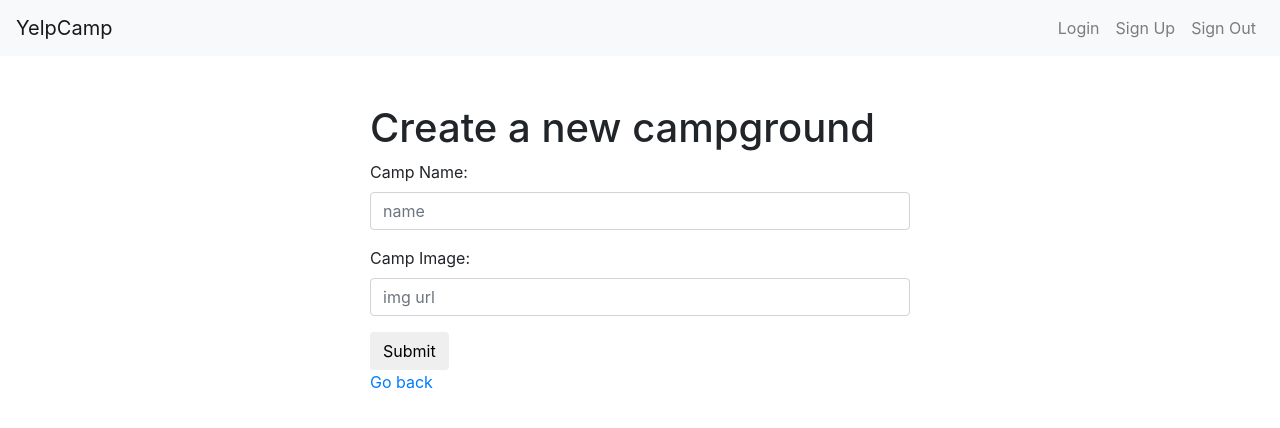
Repository: jbell0385/sandbox
Page: http://localhost/campgrounds/new
The author's editor kept a record of every edit. The page is drawn from the files as they stood at one moment, then again after the next edit.
The browser window is 1280 px wide. The pictures show the whole page.
The page is served by the project's Node server (YelpCamp/v1/app.js).

Above is the page before.

### webdevbootcamp/workspace/YelpCamp/v1/views/new.ejs
<% include partials/header %>

<div class="container">

    <div class="row d-flex flex-row justify-content-center">
        <div class="col-6">
            <h1>Create a new campground</h1>

            <form action="/campgrounds" method="POST">
                <div class="form-group">
                    <label for="campName">Camp Name:</label>
                    <input id="campName" class="form-control" type='text' name="name" placeholder='name'>
                </div>
                <div class="form-group">
                    <label for="campImage">Camp Image:</label>
                    <input id="campImage" class="form-control" type="text" name="image" placeholder="img url">
                </div>
                    <button class="btn btn-default" type="submit" >Submit</button>

            </form>

            <a href="/campgrounds">Go back</a>
        </div>

    </div>


</div>
<% include partials/footer %>

### webdevbootcamp/workspace/YelpCamp/v1/views/partials/header.ejs
<!DOCTYPE html>
<html>
    <head>
        <title>YelpCamp</title>
        <link rel="stylesheet" href="https://maxcdn.bootstrapcdn.com/bootstrap/4.0.0/css/bootstrap.min.css" integrity="sha384-Gn5384xqQ1aoWXA+058RXPxPg6fy4IWvTNh0E263XmFcJlSAwiGgFAW/dAiS6JXm" crossorigin="anonymous">
    </head>
    <body>
    <nav class="navbar navbar-expand-lg navbar-light bg-light mb-5">
      <a class="navbar-brand" href="/">YelpCamp</a>
      <button class="navbar-toggler" type="button" data-toggle="collapse" data-target="#navbarSupportedContent" aria-controls="navbarSupportedContent" aria-expanded="false" aria-label="Toggle navigation">
        <span class="navbar-toggler-icon"></span>
      </button>

      <div class="collapse navbar-collapse" id="navbarSupportedContent">
        <ul class="navbar-nav ml-auto">
          <li class="nav-item">
            <a class="nav-link" href="/">Login</a>
          </li>
          <li class="nav-item">
            <a class="nav-link" href="/">Sign Up</a>
          </li>
          <li class="nav-item">
            <a class="nav-link" href="/">Sign Out</a>
          </li>
      </div>
    </nav>

### webdevbootcamp/workspace/YelpCamp/v1/views/partials/footer.ejs



    </body>
</html>

### webdevbootcamp/workspace/YelpCamp/v1/app.js
var express = require("express");
var app = express();
var bodyParser = require("body-parser");

app.use(bodyParser.urlencoded({extended:true}))
app.set('view engine',"ejs");


var campgrounds = [
        {name:"Salmon Creek", image:"http://haulihuvila.com/wp-content/uploads/2012/09/hauli-huvila-campgrounds-lg.jpg"},
        {name:"Big Bear",image:"http://www.chippewalanding.com/images/sized%20280/campgrounds-campsite.jpg"},
        {name:"Little Bear",image:"https://www.fs.usda.gov/Internet/FSE_MEDIA/stelprdb5306226.jpg"}
    ]

app.get("/",(req,res)=>{
    res.render("landing");
})

app.get("/campgrounds", (req,res)=>{

    res.render("campgrounds",{campgrounds:campgrounds});
})

app.post("/campgrounds", (req,res)=>{
    //get data from form and add to campgrounds array
    var name = req.body.name;
    var image = req.body.image;
    var newCampground = {name:name, image:image};
    campgrounds.push(newCampground);
    //redirect back to campgrounds page
    res.redirect("/campgrounds");
})

app.get("/campgrounds/new",(req,res)=>{
    res.render("new.ejs");
})

app.listen(process.env.PORT, process.env.IP, function(){
    console.log("Yelp Camp Server has started");
})

After the next edit:
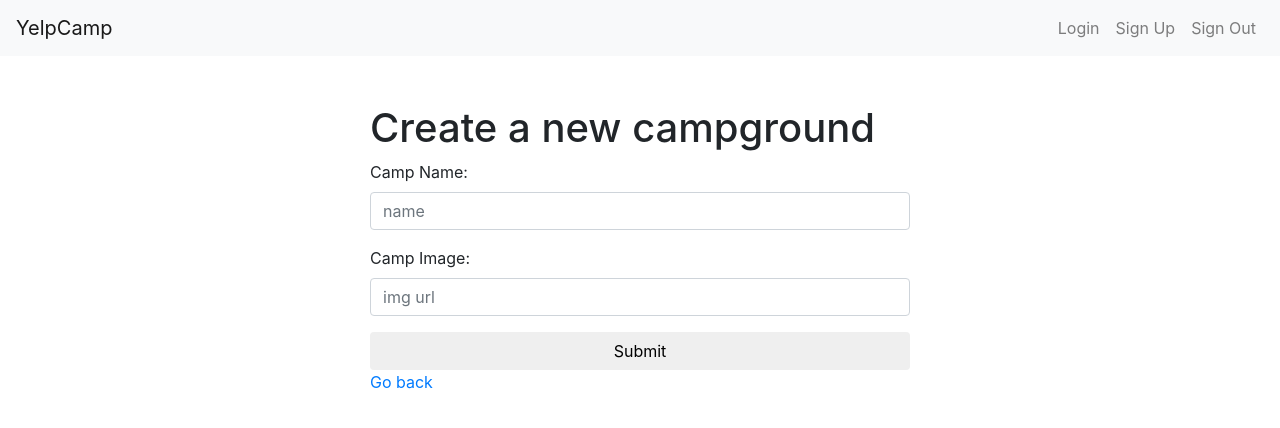
The edit:
--- a/webdevbootcamp/workspace/YelpCamp/v1/views/new.ejs
+++ b/webdevbootcamp/workspace/YelpCamp/v1/views/new.ejs
@@ -15,7 +15,7 @@
                     <label for="campImage">Camp Image:</label>
                     <input id="campImage" class="form-control" type="text" name="image" placeholder="img url">
                 </div>
-                    <button class="btn btn-default" type="submit" >Submit</button>
+                    <button class="btn btn-default btn-block" type="submit" >Submit</button>
 
             </form>
 
